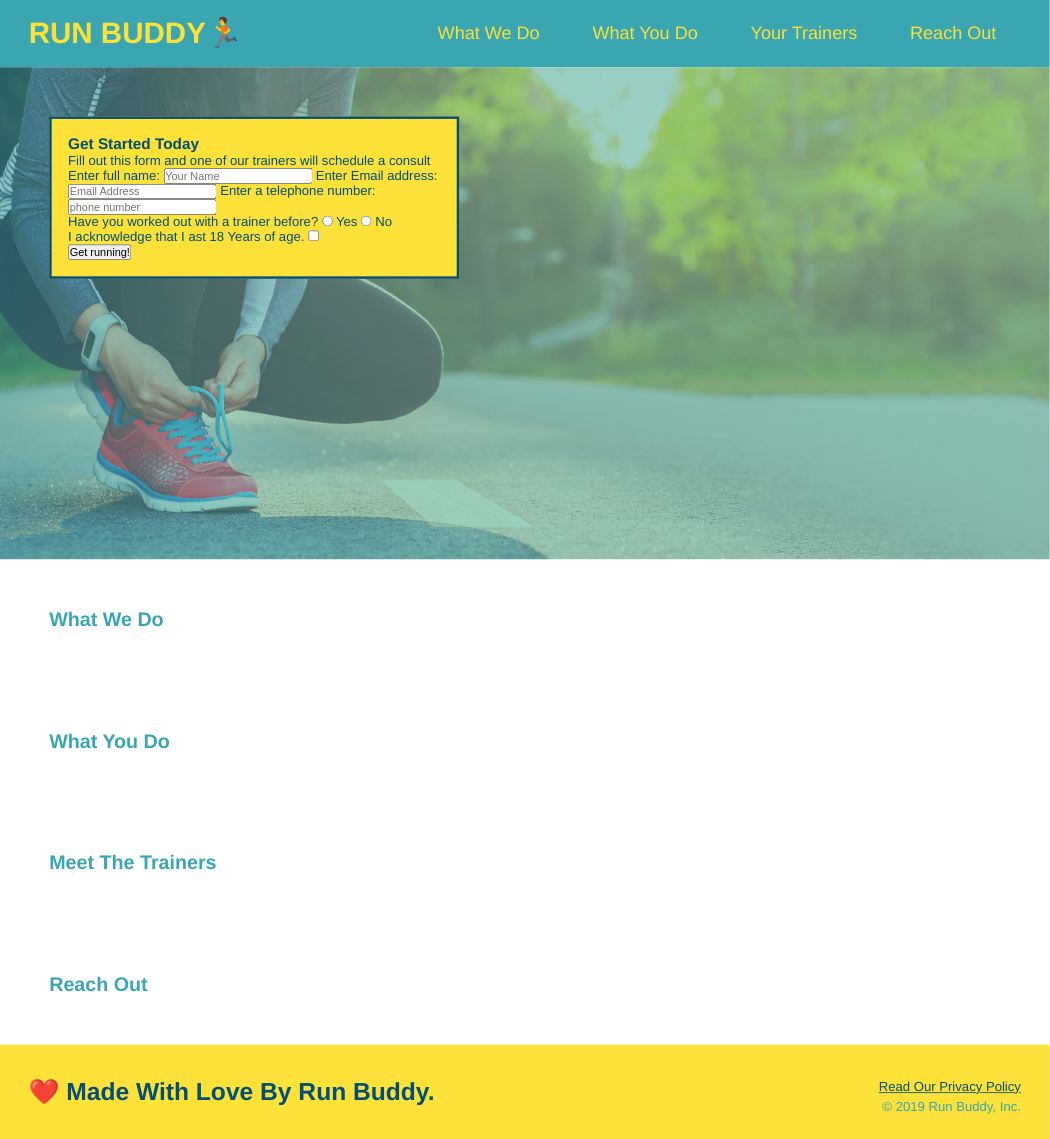
Repository: pilar122/run-buddy
Page: index.html
The author's editor kept a copy of each file at every save. The page is drawn from the files as they stood at one save, then again after the next save.
The browser window is 1280 px wide. The pictures show the whole page, at 82% of full size.

Above is the page before, as saved 2023-01-21 14:22:32.

### index.html
<!DOCTYPE html>
<html lang="en">
    <head>
        <meta charset="UTF-8"/>
        <title>Run Buddy</title>
        <link rel="stylesheet" href="./assets/css/style.css" />
    </head>
    <body>
        <!-- navigation -->
        <header>
            <h1>
                <a href="/"> RUN BUDDY🏃</a>
            </h1>
            <nav>
                <ul><!--Unordered list element-->
                    <li> <!--List item element-->
                        <a href="#what-we-do">What We Do</a> <!--Anchor Element-->
                    </li>
                    <li>
                        <a href="#what-you-do">What You Do</a>
                    </li>
                    <li>
                        <a href="#your-trainers">Your Trainers</a>
                    </li>
                    <li>
                        <a href="#reach-out">Reach Out</a>
                    </li>
                </ul>
            </nav>
        </header>

        <!--hero/jumbotron-->
        <section class="hero">
            <div class="hero-form">
                <h3>Get Started Today</h3>
                <p>Fill out this form and one of our trainers will schedule a consult</p>
                <!--form element-->
                <form>
                    <!--form input-->
                    <label for="name">Enter full name:</label>
                    <input type="text" placeholder="Your Name" name="name" id="name"/>
                    <label for="email">Enter Email address:</label>
                    <input type="email" placeholder="Email Address" name="email" id="email"/>
                    <label for="phone">Enter a telephone number:</label>
                    <input type="tel" placeholder="phone number" name="phone" id="phone"/>
                    <!--button for selection-->
                    <p>
                        Have you worked out with a trainer before?
                        <input type="radio" name="trainer-confirm" id="trainer-yes"/>
                        <label for="trainer-yes">Yes</label>
                        <input type="radio" name="trainer-confirm" id="trainer-no"/>
                        <label for="trainer-no">No</label>
                    </p>
                    <p>
                        <label for="checkbox">
                        I acknowledge that I ast 18 Years of age.
                        </label>
                        <input type="checkbox" name="age-confirm" id="checkbox"/>
                    </p>
                    <!--the submit button-->
                    <button type="submit">
                        Get running!
                    </button>
                </form>
            </div>
        </section>
        <!--end hero-->

        <!--"what we do" section-->
        <section>
            <h2>What We Do</h2>
        </section>

        <!--"What You Do" section-->
        <section>
            <h2>What You Do</h2>
        </section>

        <!--"Meet The Trainers" section-->
        <section>
            <h2>Meet The Trainers</h2>
        </section>

        <!--"Reach Out" section-->
        <section>
            <h2>Reach Out</h2>
        </section>

        <!--Footer-->
        <footer>
            <h2>❤️ Made With Love By Run Buddy.</h2>
            <div>
                <a href="#">Read Our Privacy Policy</a><br />
                &copy; 2019 Run Buddy, Inc.
            </div>
        </footer>
    </body>
</html>

### assets/css/style.css
/*This is to remove the default browser enforced styled*/
* {
    margin: 0;
    padding: 0;
    box-sizing: border-box;
}

body {
    /*This changes the elements in the body*/
    color: #39a6b2;
    font-family: Helvetica, Arial, sans-serif;
}

/*Applying style to the header*/
header {
    padding: 20px 35px;
    background-color: #39a6b2;
}

header h1 {
    font-weight: bold;
    font-size: 36px;
    color: #fce138;
    margin: 0;
    display: inline; /*This moved the nav on the right hand side up*/
}

header a {
    text-decoration: none;
    color: #fce138;
}

header nav {
    float: right;
    margin: 7px 0;
}

header nav ul li {
    display: inline; /*horizontally in a row*/
}

header nav ul li a {
    margin: 0 30px;
    font-weight: lighter;
    font-size: 22px;
}

footer {
    background: #fce138;
    width: 100%;
    padding: 40px 35px;
}

footer h2 {
    display: inline;
    color: #024e76;
    font-size: 30px;
    margin: 0;
}

footer div {
    float: right;
    line-height: 1.5;
    text-align: right;
}

footer a {
    color: #024e76;
}

section {
    padding: 60px;
}
/*Hero style start*/
.hero {
    background-image: url("../images/hero-bg.jpeg");
    height: 600px;
    background-size: cover;
    background-position: center;
}
/*hero style end*/

.hero-form {
    border: 3px solid #024e76;
    background-color: #fce138;
    padding: 20px;
    width: 500px;
    color: #024e76;
    position: absolute;
}

After the next save:
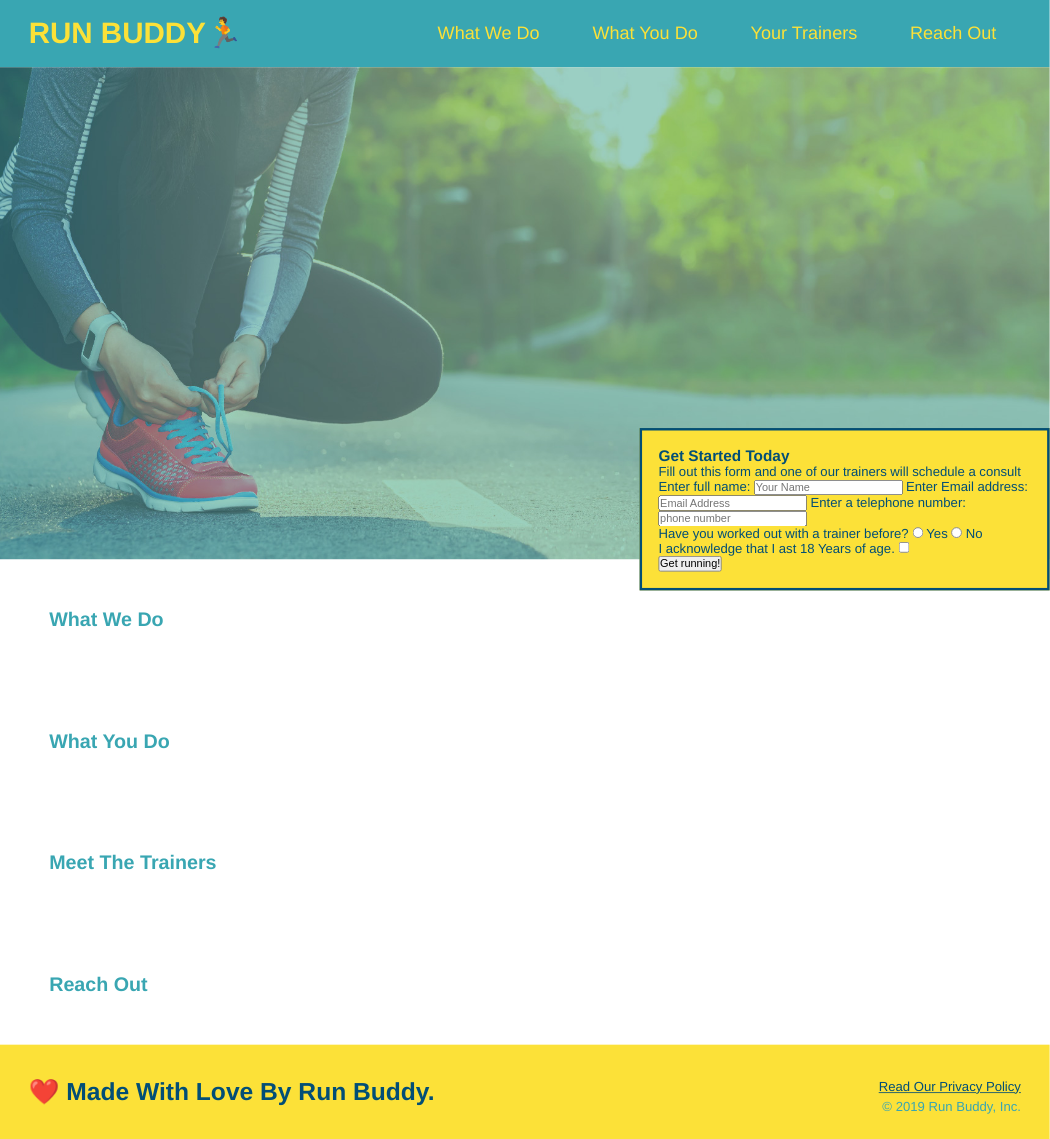
Saved 22 s later.
--- a/assets/css/style.css
+++ b/assets/css/style.css
@@ -87,4 +87,6 @@ section {
     width: 500px;
     color: #024e76;
     position: absolute;
+    bottom: 0px;
+    right: 0px;
 }
